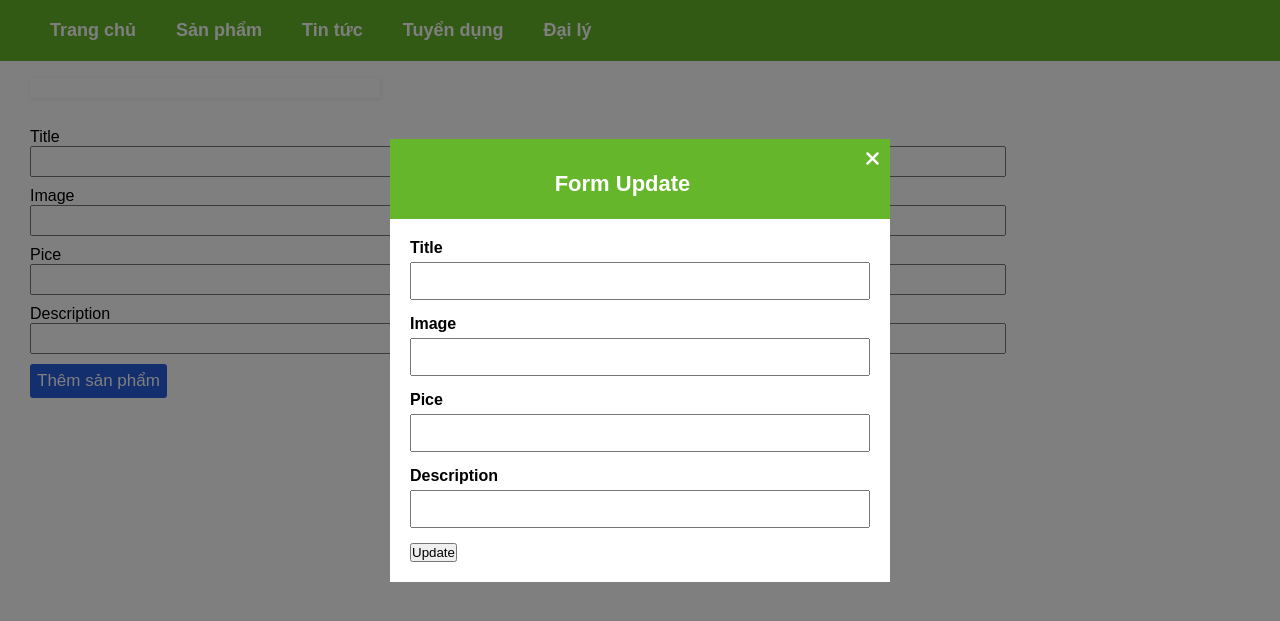
Repository: Ngoc28/CURD_HTML-CSS_JS_JSON
Page: index.html
An editor plug-in stored every save of this project. The page is shown before and after the next save, followed by the edit.
The browser window is 1280 px wide. The pictures show the whole page.
The page's requests for data from a server got no answer.

Above is the page before, as saved 2023-04-11 09:53:55.

After the next save:
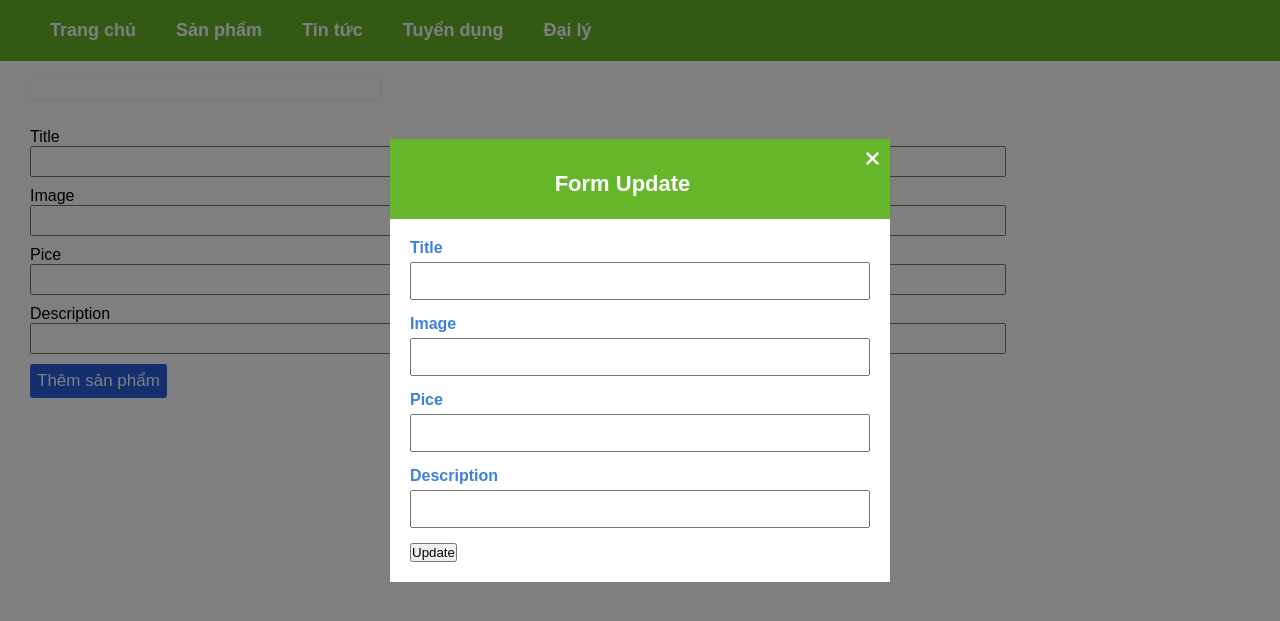
Saved 16 s later.
--- a/asset/css/style.css
+++ b/asset/css/style.css
@@ -225,6 +225,7 @@ body {
     margin-bottom: 5px;
     font-size: 16px;
     font-weight: 600;
+    color: #3d81db;
 }
 
 .form-2 input {
